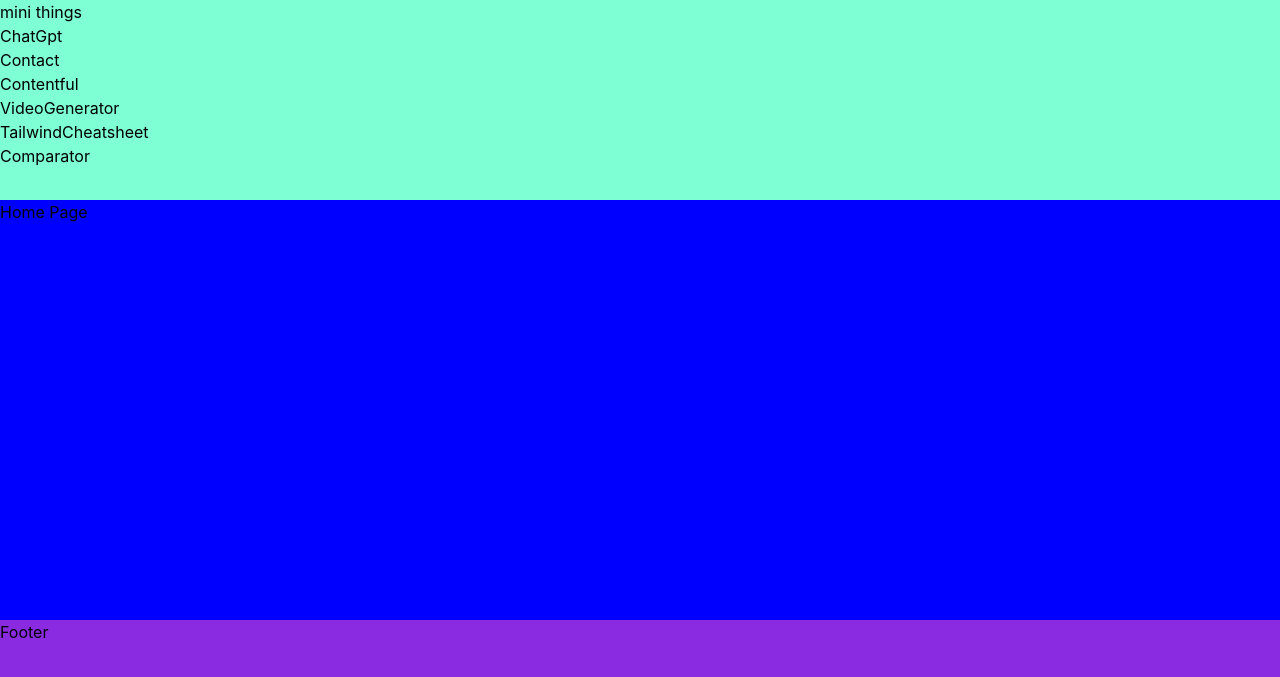
Repository: Coralee-Long/react-bits
Page: /
An editor plug-in stored every save of this project. The page is shown before and after the next save, followed by the edit.
The browser window is 1280 px wide. The pictures show the whole page.
The project was rebuilt for these pictures with package versions that can differ from the ones it lists, and the page was loaded fresh each time. Also part of the build but not shown: src/pages/ContactPage.js, src/components/projects/TailwindCheatsheet/components/TailwindGrid.utils.js, src/components/projects/TailwindCheatsheet/components/TailwindGrid.js, src/components/projects/TailwindCheatsheet/data/tailwindData.js, src/components/navigation/SideNavBar.js, src/pages/TailwindCheatsheetPage.js, src/pages/VideoGeneratorPage.js, src/pages/ChatGptPage.js and 4 more.

Above is the page before, as saved 2024-02-09 17:04:42.

After the next save:
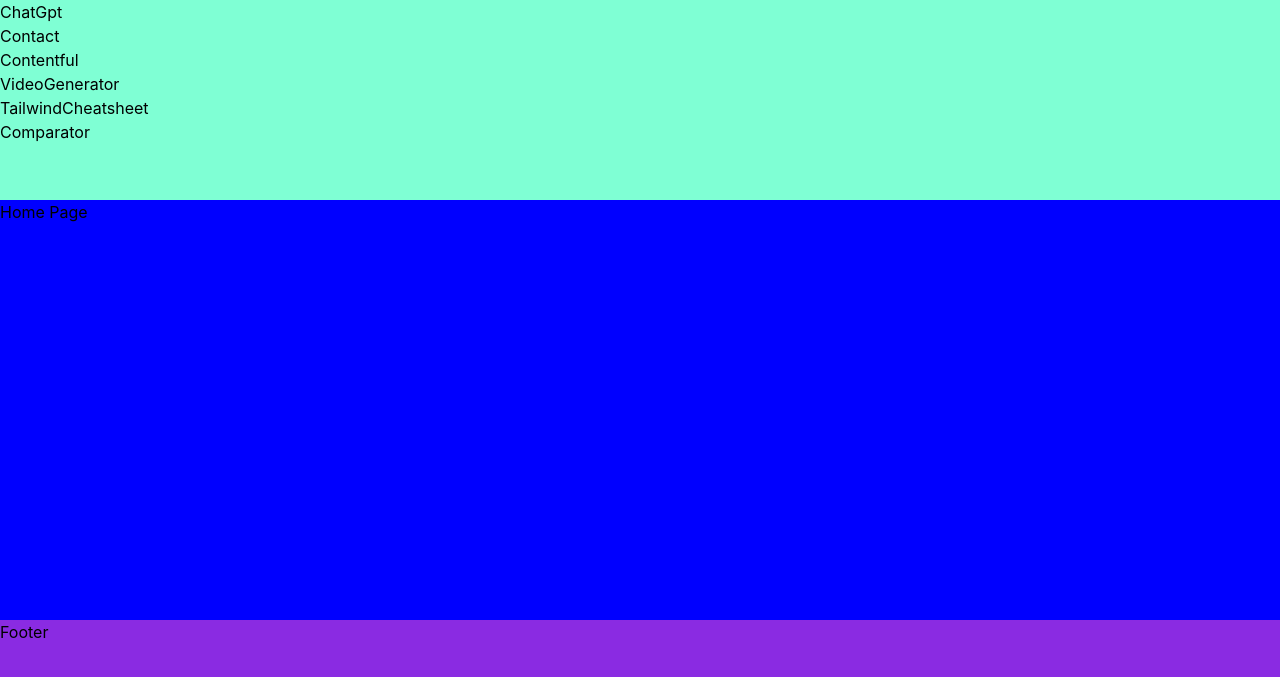
Saved 4 s later.
--- a/src/components/commons/DropDown/Dropdown.js
+++ b/src/components/commons/DropDown/Dropdown.js
@@ -6,7 +6,7 @@ const Dropdown = () => {
   return (
     <div className="dropdown">
       <ul>
-        mini things
+
         {pages.map((page) => (
           <li key={page.name}>
             <Link to={page.path}>{page.name}</Link>
